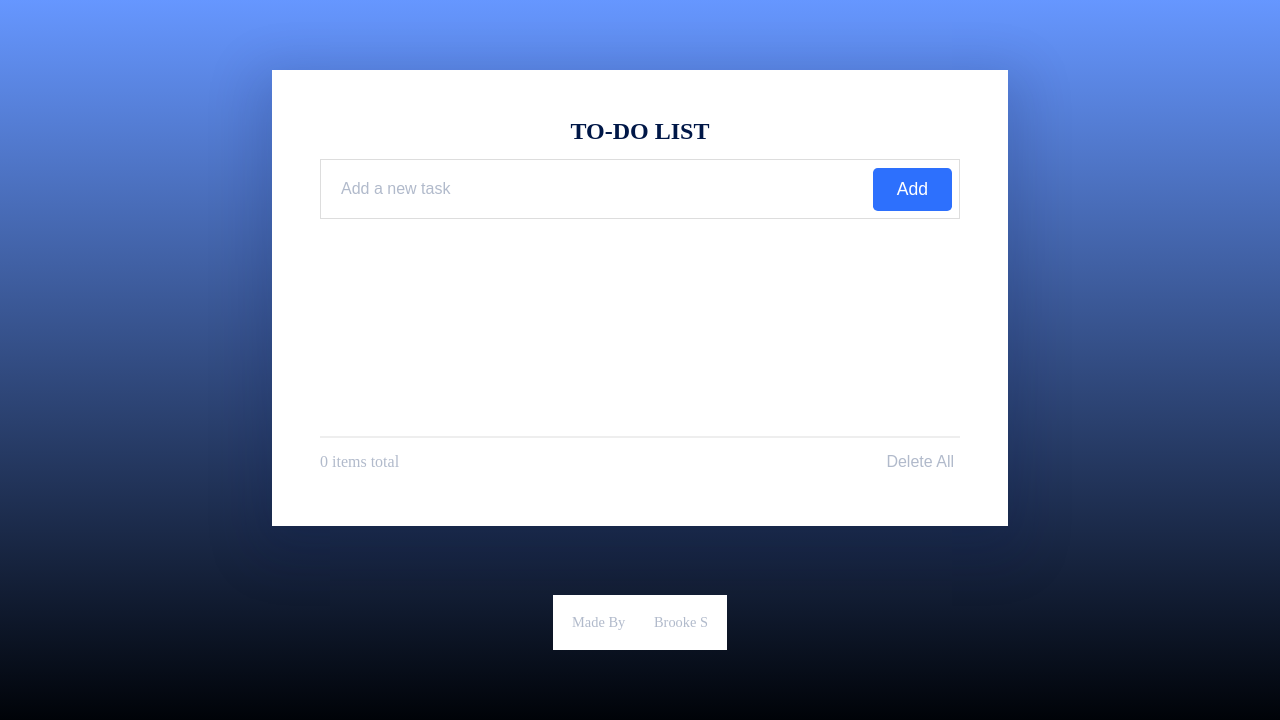
Repository: Bsharpenski/mini-movi-list
Page: workshop/fund3/index.html
The author's editor kept a copy of each file at every save. The page is drawn from the files as they stood at one save, then again after the next save.
The browser window is 1280 px wide. The pictures show the whole page.

Above is the page before, as saved 2025-02-04 23:06:47.

### workshop/fund3/index.html
<!DOCTYPE html>
<html lang="en">
<head>
    <meta charset="UTF-8">
    <meta name="viewport" content="width=device-width, initial-scale=1.0">
    <title>To-Do List</title>
    <link rel="stylesheet" href="./style.css">
    <script src="./index.js" defer></script>
</head>
<body>
        <section class="todo">
        <h2>To-do List</h2>
        <div class="input">
            <input
                type="text"
                class="input-field"
                id="todoInput"
                placeholder="Add a new task"
            />
            <button class="btn">Add</button>
        </div>
        <ul class="scroll">
            <li id="todoList"></li>
        </ul>
        <div>
            <hr class="counter"/>
            <div class="counter-container">
                <p><span>0 </span>items total</p>
                <button id="deleteButton">Delete All</button>
            </div>
        </div>
    </section>
   <footer>
    <div class="footer">
        <p class="made-by">Made By</p>
        <p class="author">Brooke S</p>
    </div>
   </footer>
</body>
</html>

### workshop/fund3/style.css
:root{
    --gradient: linear-gradient(
        180deg,
        rgba(45, 112, 1253, 0.73)0%,
        #000308 100%
    );
    --dark: #001747;
    --grey: #b1bacb;
    --grey-border: rgba(210, 210, 210,0.75 );
    --grey-light: #eeeeee;
    --grey-dark: #405175;
    --blue: #2d70fd;
    --green: #00d8a7;
    --white: #ffffff;
}

body{
    background: var(--gradient);
    margin: 0;
    height: 100vh;
    display: flex;
    flex-direction:column;
    justify-content: space-evenly;
    align-items: center;
}

.btn{
    color: var(--white);
    font-size: 1.1rem ;
    padding:0.7rem 1.5rem;
    border-radius:0.3rem;
    background-color: var(--blue);
    border: none;
    position:absolute;
    right: 0.5rem;
    bottom: 0.5rem;
}

h1,
h2,
h3,
h4,
h5,
h6,
p{
    margin: 0;
}

/* todo container */

.todo {
    display: flex;
    flex-direction:column;
    justify-content: space-around;
    border-radius: ;
    background: var(--white);
    padding: 3rem;
    height: 50%;
    width: 60%;
    box-shadow: 0 1rem 3rem 1rem rgba(0,23,71,0.15);
    max-width: 40rem;
}

h2 {
    text-transform: uppercase;
    height: 3rem;
    color: var(--dark);
    text-align: center;
}

.input{
    position: relative;
    display: flex;
}

.input-field{
    width: 100%;
    border:0.06rem solid #d2d2d2bf;
    border-radius: ;
    padding: 1.25rem;
    font-size: 1rem;
}

input[type="text"]::placeholder{
    color: var(--grey);
}

.todo-container{
    display: flex;
    gap: 1rem;
}

ul{
    padding:0;
    margin: 0;
    overflow-y: scroll;
}

li{
    display: flex;
    flex-direction: column;
    gap: 1.2rem;
    padding: 1.2rem;
}
#todoList p{
    display:flex;
    gap: 1rem;
    color: var(--dark);
    align-items: center;
}

#todoList .disabled {
    color: 8f98a8;
}

.disabled {
    display: flex;
    text-decoration: line-through;
}

input[type="checkbox"] {
    appearance: none;
    -webkit-appearance: none;
    -moz-appearance: none;
    cursor: pointer;
}

input[type= "checkbox"]::before{
    content:"\2713";
    display:inline-block;
    width: 2rem;
    height: 2rem;
    font-size: 1.7rem;
    text-align: center ;
    border: 0.06rem solid var(--grey-border);
    border-radius: ;
    color: transparent;
}

input[type= "checkbox"]:checked::before{
    color:var(--white) ;
    background-color:var(--green) ;
    border: 0.06rem solid var(--green);
    border-radius: ;
}

.counter{
    border: 0.06rem solid var(--grey-light)
}

.counter-container {
height: 2rem;
display: flex;
justify-content: space-between;
color: var(--grey);
}

.counter-container p {
    align-self: center;
}

.counter-container button {
    border: none;
    background-color: transparent;
    color: var(--grey);
    font-size: 1rem;
}

.footer{
    display: flex;
    gap: 1.8rem;
    background-color: var(--white);
    padding: 1.2rem;
    border-radius: ;
}

.made-by,
.author {
font-size: 0.9rem;
}

.made-by {
    color: var(--grey)
}

.author {
    color: var(--grey);
}

.scroll {
    height: 15rem;
    scrollbar-width: thin;
}

.scroll::-webkit-scrollbar {
    width: 0.6rem;
}

.scroll::-webkit-scrollbar-thumb {
    background-color: var(--blue);
    border-radius: 0.5rem;
}

.scroll::-webkit-scrollbar-track {
    display: none;
}

### workshop/fund3/index.js
console.log("My code is running")
//retrieve to do from local storage or init empty array

let todo = JSON.parse(localStorage.getItem("todo")) || [];
const todoInput = document.getElementById("todoInput");
const todoList = document.getElementById("todoList");
const todoCount = document.getElementById("todoCount");
const addButton = document.querySelector(".btn");
const deleteButton = document.getElementById("deleteButton");

//initialize
document.addEventListener("DOMContentLoaded", function () {
    addButton.addEventListener("click", addTask);
    todoInput.addEventListener("keydown", function (event) {
        if (event.key=== "Enter"){
            event.preventDefault();
            addTask();
        }
    });
    deleteButton.addEventListener("click", deleteAllTasks());
    displayTasks();
});

function addTask() {
    const newTask = todoInput.value.trim();
    if (newTask !== "") {
        todo.push({text: newTask, disabled: false });
        saveToLocalStorage();
        todoInput.value = "";
        displayTasks();
    }
}

function deleteAllTasks () {
    console.log("test");
}

function displayTasks() {
    todoList.innerHTML = "";
    todo.forEach((item, index) => {
        const p = document.createElement("p");
        p.innerHTML = `
        <div class="todo-container">
            <input type="checkbox" class= "todo-checkbox"
            id="input-${index}" ${
                item.disabled ? "checked" : ""
            }>
            <p id="todo-${index}" class="${item.disabled ? "disabled" : ""
            }"onclick="editTask${index}" >${item.text}</p>
        </div>
        `;
        p.querySelector(".todo-checkbox").addEventListener("change", ()=> {
            toggleTask(index);
        });
        todoList.appendChild(p);
    });
}

function toggleTask(index){

}

function saveToLocalStorage() {
    localStorage.setItem("todo", JSON.stringify(todo));
}

After the next save:
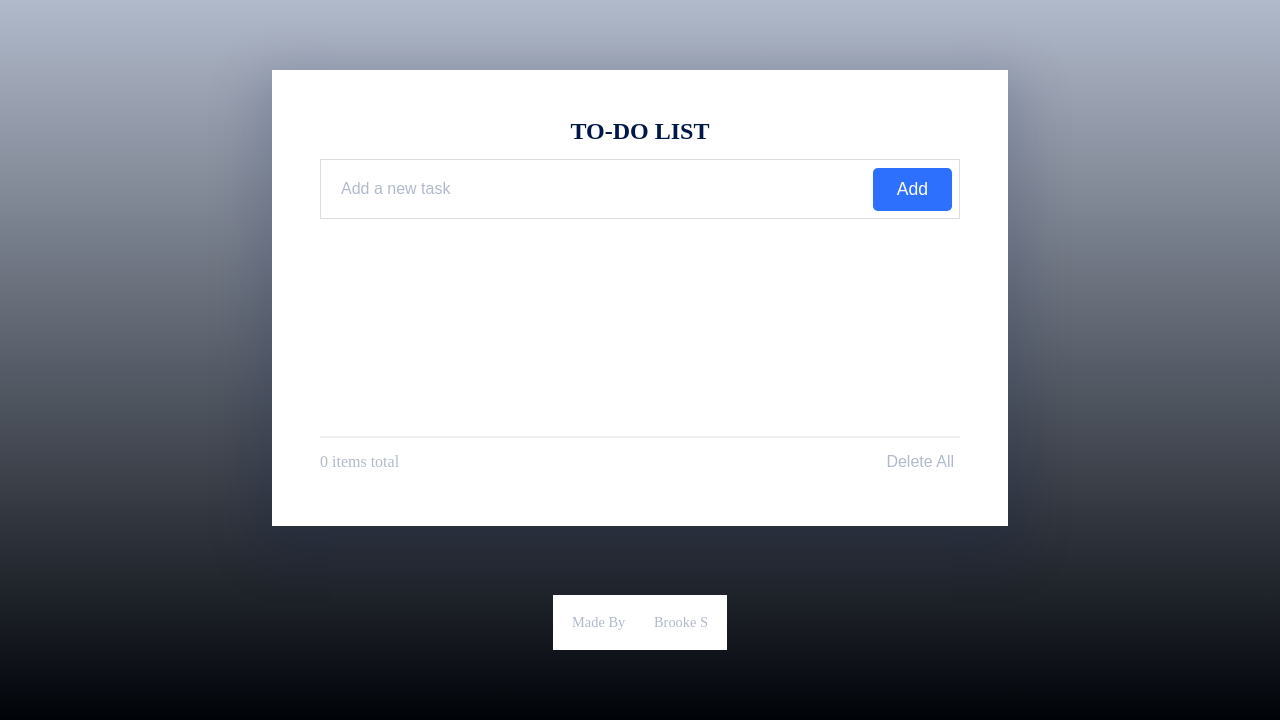
Saved 71 s later.
--- a/workshop/fund3/style.css
+++ b/workshop/fund3/style.css
@@ -1,7 +1,7 @@
 :root{
     --gradient: linear-gradient(
         180deg,
-        rgba(45, 112, 1253, 0.73)0%,
+        #b1bacb 0%,
         #000308 100%
     );
     --dark: #001747;
